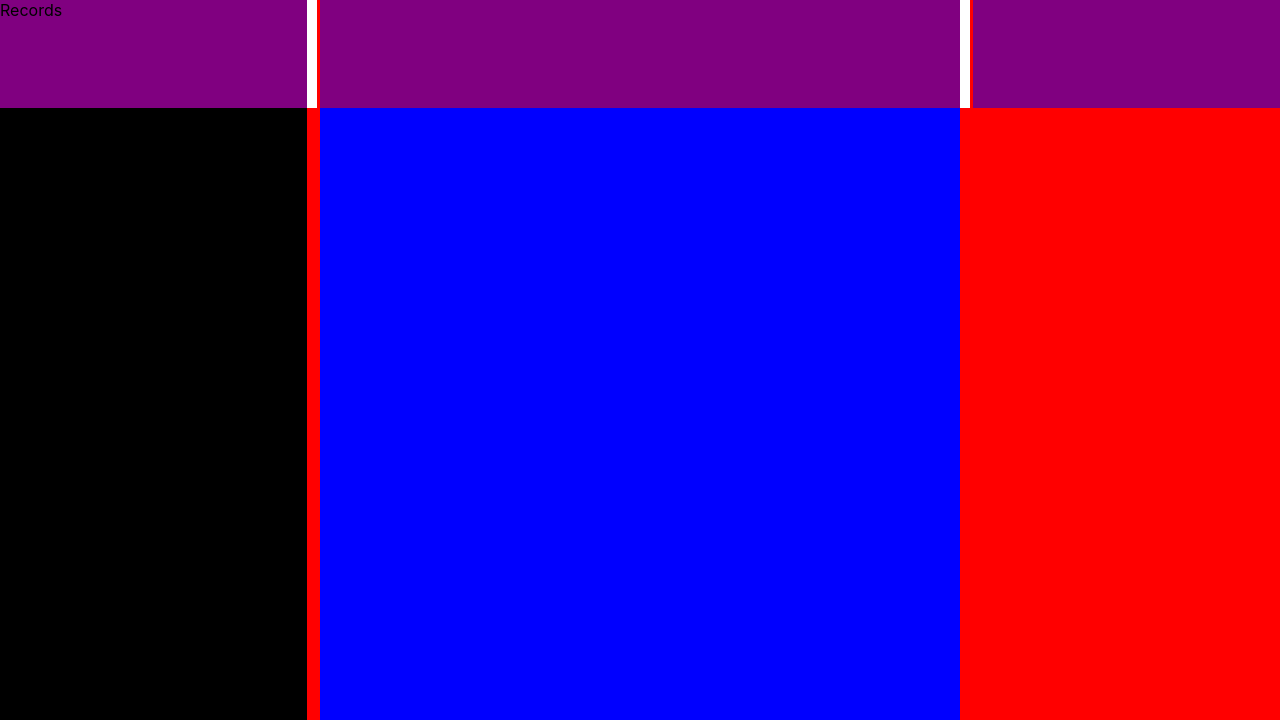
Repository: napan24/classforma_assignment
Page: / (app in client/)
An editor plug-in stored every save of this project. The page is shown before and after the next save, followed by the edit.
The browser window is 1280 px wide. The pictures show the whole page.
The project was rebuilt for these pictures with package versions that can differ from the ones it lists, and the page was loaded fresh each time. Also part of the build but not shown: client/src/App.css.

Above is the page before, as saved 2022-07-19 16:28:22.

### client/src/App.js
import logo from './logo.svg';
import './App.css';
import Home from './Home';

function App() {
  return (
    <>
      <Home></Home>
    </>
  );
}

export default App;

### client/src/Home.js
import React from 'react'

const Home = () => {
    return (
        <>
            <div style={{ display: 'flex', width: "100vw", height: "100vh", backgroundColor: 'red' }}>
                <div style={{ width: "24vw", height: "100vh", backgroundColor: "black",marginRight:"1vw" }}>
                    <div style={{ width: "24vw", height: "15vh", backgroundColor: "purple",borderRight:"10px solid white" }}>
                        Records
                    </div>
                    <div>

                    </div>
                </div>
                <div style={{ width: "50vw", height: "100vh", backgroundColor: "blue",marginRight:"1vw" }}>
                    <div style={{ width: "50vw", height: "15vh", backgroundColor: "purple", borderRight:"10px solid white"}}>

                    </div>
                    <div>

                    </div>
                </div>
                <div style={{ width: "24vw", height: "100vh", backgroundColor: "red" }}>
                    <div style={{ width: "24vw", height: "15vh", backgroundColor: "purple" }}>

                    </div>
                    <div>

                    </div>
                </div>
            </div>
        </>
    )
}

export default Home

Loaded but not shown: client/public/index.html (common file); client/src/index.js (common file); client/src/index.css (common file); client/src/reportWebVitals.js (common file)

After the next save:
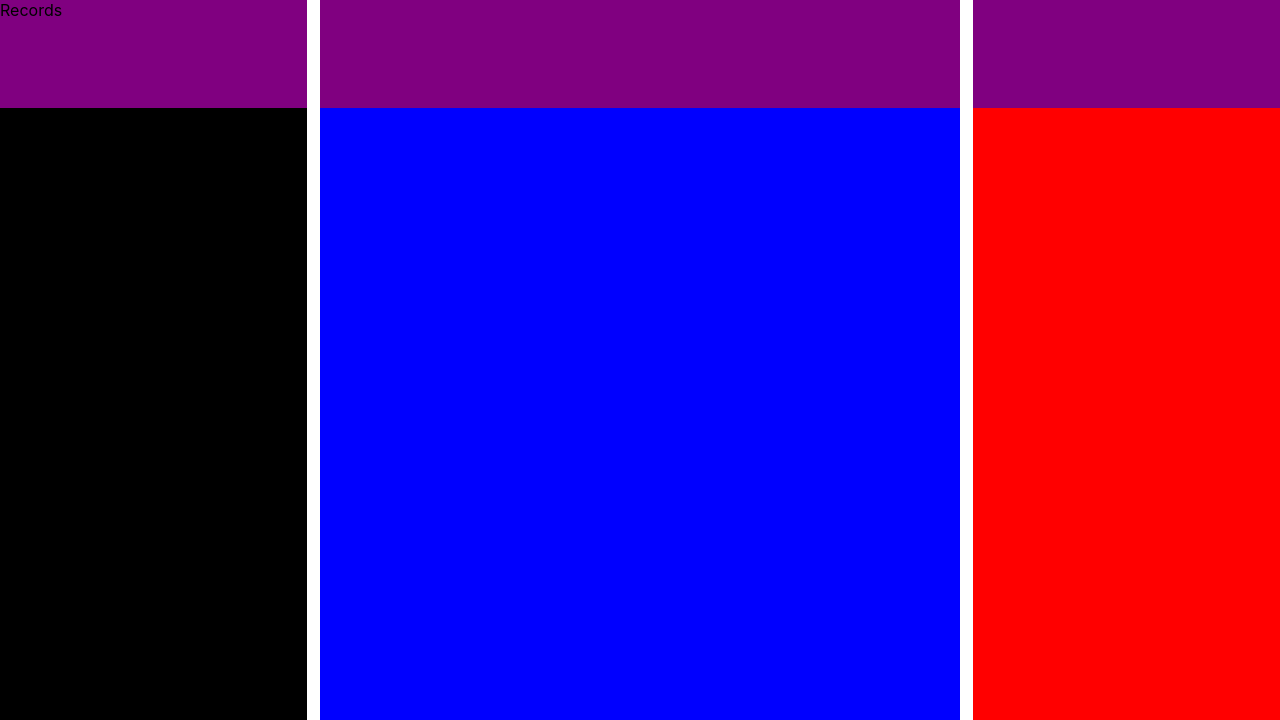
Saved 13 s later.
--- a/client/src/Home.js
+++ b/client/src/Home.js
@@ -3,7 +3,7 @@ import React from 'react'
 const Home = () => {
     return (
         <>
-            <div style={{ display: 'flex', width: "100vw", height: "100vh", backgroundColor: 'red' }}>
+            <div style={{ display: 'flex', width: "100vw", height: "100vh"}}>
                 <div style={{ width: "24vw", height: "100vh", backgroundColor: "black",marginRight:"1vw" }}>
                     <div style={{ width: "24vw", height: "15vh", backgroundColor: "purple",borderRight:"10px solid white" }}>
                         Records
